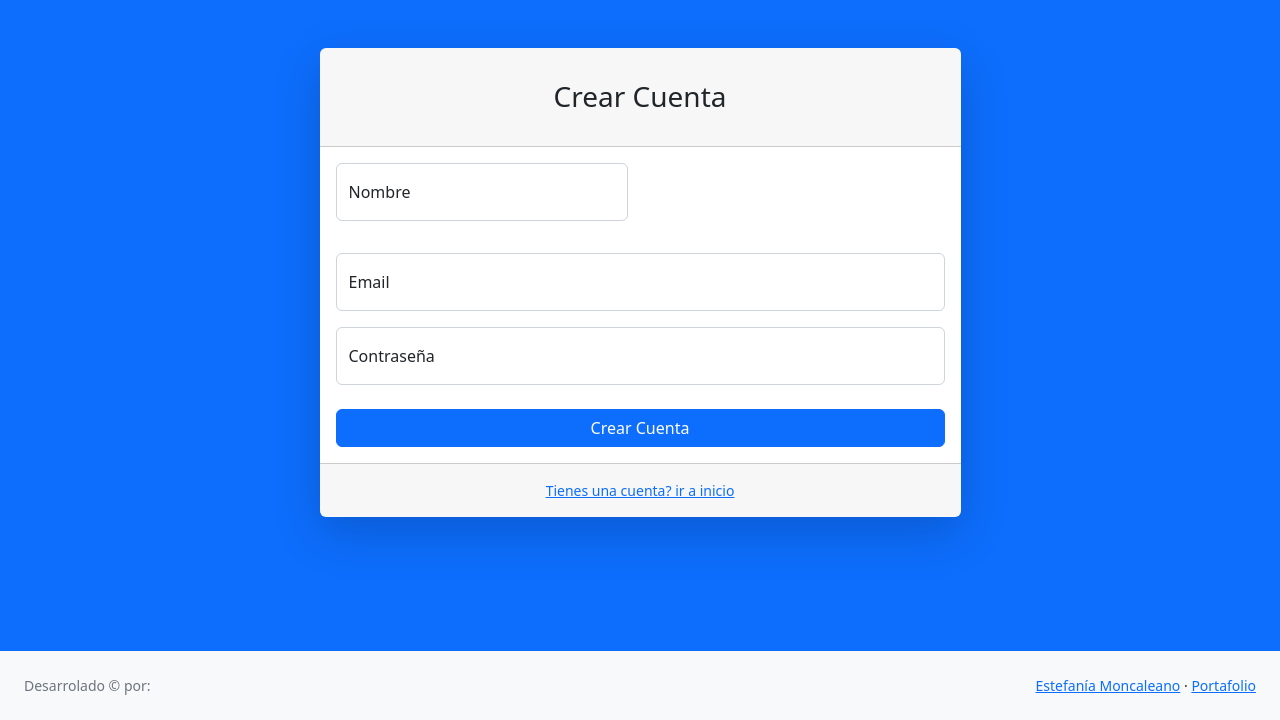
Repository: EstefaMH/Dashboard
Page: register.html
An editor plug-in stored every save of this project. The page is shown before and after the next save, followed by the edit.
The browser window is 1280 px wide. The pictures show the whole page.
Some web libraries are served in a nearby version.

Above is the page before, as saved 2023-12-29 02:43:22.

### register.html
<!DOCTYPE html>
<html lang="en">

<head>
    <meta charset="utf-8" />
    <meta http-equiv="X-UA-Compatible" content="IE=edge" />
    <meta name="viewport" content="width=device-width, initial-scale=1, shrink-to-fit=no" />
    <meta name="description" content="" />
    <meta name="author" content="" />
    <title>Registro - Admin</title>
    <link href="styles/styles.css" rel="stylesheet" />
    <script src="https://use.fontawesome.com/releases/v6.3.0/js/all.js" crossorigin="anonymous"></script>
</head>

<body class="bg-primary">
    <div id="layoutAuthentication">
        <div id="layoutAuthentication_content">
            <main>
                <div class="container">
                    <div class="row justify-content-center">
                        <div class="col-lg-7">
                            <div class="card shadow-lg border-0 rounded-lg mt-5">
                                <div class="card-header">
                                    <h3 class="text-center font-weight-light my-4">Crear Cuenta</h3>
                                </div>
                                <div class="card-body">
                                    <form class="form_register" id="form_register" name="form_register"
                                        onsubmit="submitFormRegister()">
                                        <div class="row mb-3">
                                            <div class="col-md-6">
                                                <div class="form-floating mb-3 ">
                                                    <input required name="userName" class="form-control"
                                                        id="inputFirstName" type="text"
                                                        placeholder="Enter your first name" />
                                                    <label for="inputFirstName">Nombre</label>
                                                </div>
                                            </div>

                                        </div>
                                        <div class="form-floating mb-3">
                                            <input required name="email" class="form-control" id="inputEmail"
                                                type="email" placeholder="name@example.com" />
                                            <label for="inputEmail">Email </label>
                                        </div>


                                        <div class="form-floating mb-3 ">
                                            <input name="password" class="form-control" id="inputPassword"
                                                type="password" placeholder="Create a password" />
                                            <label for="inputPassword">Contraseña</label>
                                        </div>



                                        <div class="mt-4 mb-0">
                                            <div class="d-grid">
                                                <button class="btn btn-primary btn-block">Crear
                                                    Cuenta
                                                </button>
                                            </div>
                                        </div>
                                    </form>
                                </div>
                                <div class="card-footer text-center py-3">
                                    <div class="small"><a href="dashboard.html">Tienes una cuenta? ir a inicio</a></div>
                                </div>
                            </div>
                        </div>
                    </div>
                </div>
            </main>
        </div>
        <div id="layoutAuthentication_footer">
            <footer-component></footer-component>
        </div>
    </div>
    <script src="https://cdn.jsdelivr.net/npm/bootstrap@5.2.3/dist/js/bootstrap.bundle.min.js"
        crossorigin="anonymous"></script>
    <script src="js/scripts.js"></script>
    <script src="components/Footer.js"></script>
    <script src="functions/Auth/Register.js"></script>
    <script src="services/POST/postAdmin.js"></script>
    <script src="handlers/Register.js"></script>
    <script src="models/Admin.js"></script>
</body>

</html>

### js/scripts.js
/*!
    * Start Bootstrap - SB Admin v7.0.7 (https://startbootstrap.com/template/sb-admin)
    * Copyright 2013-2023 Start Bootstrap
    * Licensed under MIT (https://github.com/StartBootstrap/startbootstrap-sb-admin/blob/master/LICENSE)
    */
    //
// Scripts
//

window.addEventListener('DOMContentLoaded', event => {

    // Toggle the side navigation
    const sidebarToggle = document.body.querySelector('#sidebarToggle');
    if (sidebarToggle) {
        // Uncomment Below to persist sidebar toggle between refreshes
        // if (localStorage.getItem('sb|sidebar-toggle') === 'true') {
        //     document.body.classList.toggle('sb-sidenav-toggled');
        // }
        sidebarToggle.addEventListener('click', event => {
            event.preventDefault();
            document.body.classList.toggle('sb-sidenav-toggled');
            localStorage.setItem('sb|sidebar-toggle', document.body.classList.contains('sb-sidenav-toggled'));
        });
    }

});

### components/Footer.js
class FooterComponent extends HTMLElement {

    constructor() {
        super();
        this.render();
    }

    render() {
        this.innerHTML =
            `
            <footer class="py-4 bg-light mt-auto">
                <div class="container-fluid px-4">
                    <div class="d-flex align-items-center justify-content-between small">
                        <div class="text-muted">Desarrolado &copy; por: </div>
                        <div>
                            <a href="https://www.linkedin.com/in/estefan%C3%ADa-moncaleano">Estefanía Moncaleano</a>
                            &middot;
                            <a href="https://portafolio-react-og8w6l76g-estefamh.vercel.app/skills">Portafolio </a>
                        </div>
                    </div>
                </div>
            </footer>
                `
    }
}

customElements.define("footer-component", FooterComponent);

### functions/Auth/Register.js
async function submitFormRegister() {

    const admin = new Admin();

    let form = new FormData(form_register)
    console.log(form);
    const jsonData = {};

    form.forEach((value, key) => {
      jsonData[key] = value;
    });

    admin.userName = jsonData['userName'];
    admin.email = jsonData['email'];
    admin.password = jsonData['password'];

    postAdmin(admin.userName,admin.password , admin.email)
    handleRegister()
  }

### services/POST/postAdmin.js
async function postAdmin(userName, password, email) {

    try {

        const baseUrl = "http://localhost:3000";

        const data = { userName, password, email }

        const headers = {

            method: "POST",
            headers: {
                "Content-Type": "application/json",
            },
            body: JSON.stringify(data),

        }

        const response = await fetch(`${baseUrl}/admin`, headers);

        return response.status;


    } catch (error) {
        console.error("Error:", error);
    }


}

### handlers/Register.js


const handleRegister = () => {
    document.getElementById("form_register")
    .action = "index.html"
}

### models/Admin.js
class Admin {

    constructor(userName, email, password) {
        this.userName = userName;
        this.email = email;
        this.password = password;
    }

    setUser(userName, email, password) {
        localStorage.setItem("userName", userName);
        localStorage.setItem("email", email);
        localStorage.setItem("password", password);
    }

    removeUser() {
        localStorage.removeItem("userName");
        localStorage.removeItem("email");
        localStorage.removeItem("password");

        location.href = ("login.html");
    }


    async findUser(email) {


        let response = getAdmin().then((data) => {

            console.log(data)
            let adminData = data.find(admin => admin.email === email);
            console.log(adminData)

            return adminData;

        })
            .catch(error => {
                console.error('Error en la solicitud:', error);
            });

        return response;
    }

    async validationCredentialsUser(emailForm, passwordForm) {

        let user = await this.findUser(emailForm);
        console.log(user);

        if (user == undefined) {

            Swal.fire({
                title: "Usuario no encontrado",
                text: "Verifica tu email o registrate",
                icon: "warning",
                showCancelButton: true,
                confirmButtonText: "Registrarme",
                cancelButtonText: "Cancelar",
                reverseButtons: true
            }).then((result) => {
                if (result.isConfirmed) {
                    location.href = "register.html";
                }
            });
        }


        let { userName, password, email } = user


        if (emailForm != email) {

            Swal.fire({
                title: "Credenciales incorrectas",
                text: "El email ingresado es incorrecto",
                icon: "error"
            });

        } else if (passwordForm != password) {
            Swal.fire({
                title: "Credenciales incorrectas",
                text: "La contraseña ingresada es incorrecta",
                icon: "error"
            });

        } else {
            location.href = "dashboard.html";
            this.setUser(userName, email, password)
        }
    }

}

Loaded but not shown: styles/styles.css (library)

After the next save:
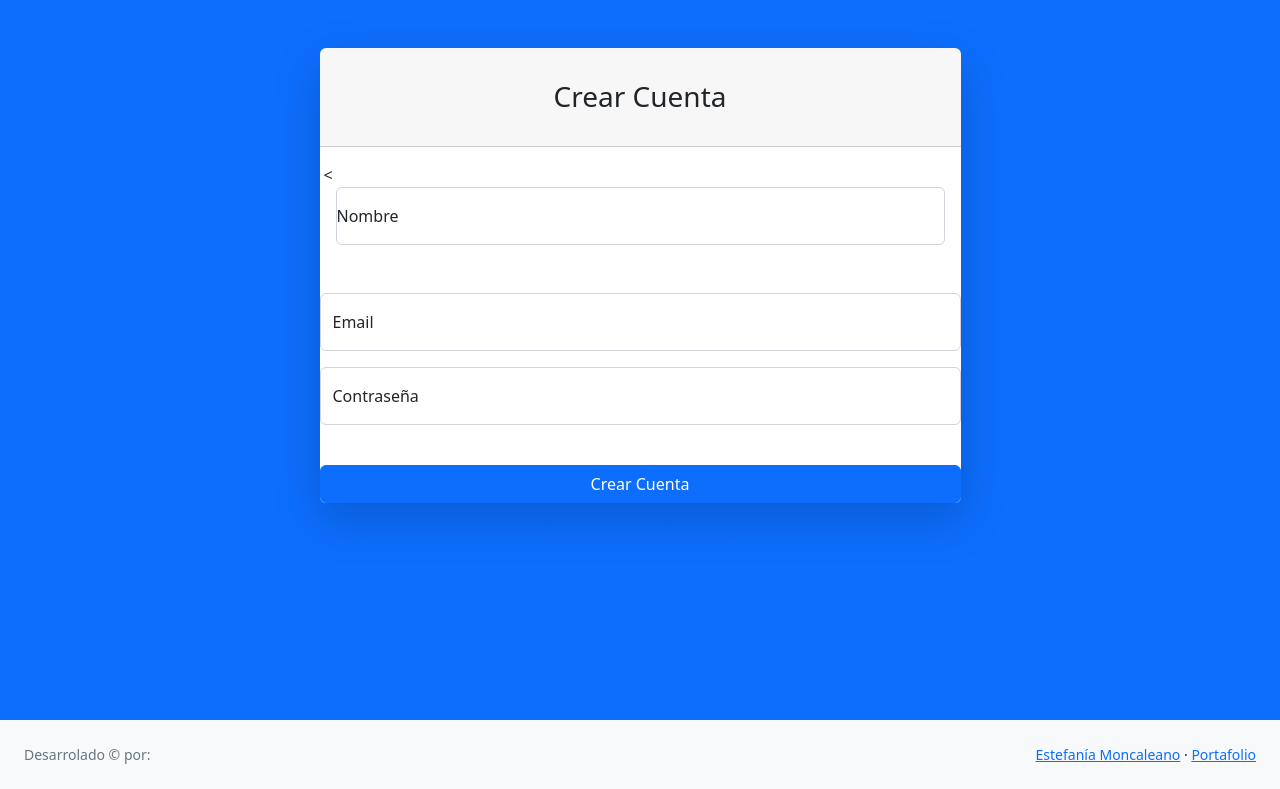
Saved 13 s later.
--- a/register.html
+++ b/register.html
@@ -27,7 +27,7 @@
                                     <form class="form_register" id="form_register" name="form_register"
                                         onsubmit="submitFormRegister()">
                                         <div class="row mb-3">
-                                            <div class="col-md-6">
+                                            <
                                                 <div class="form-floating mb-3 ">
                                                     <input required name="userName" class="form-control"
                                                         id="inputFirstName" type="text"
